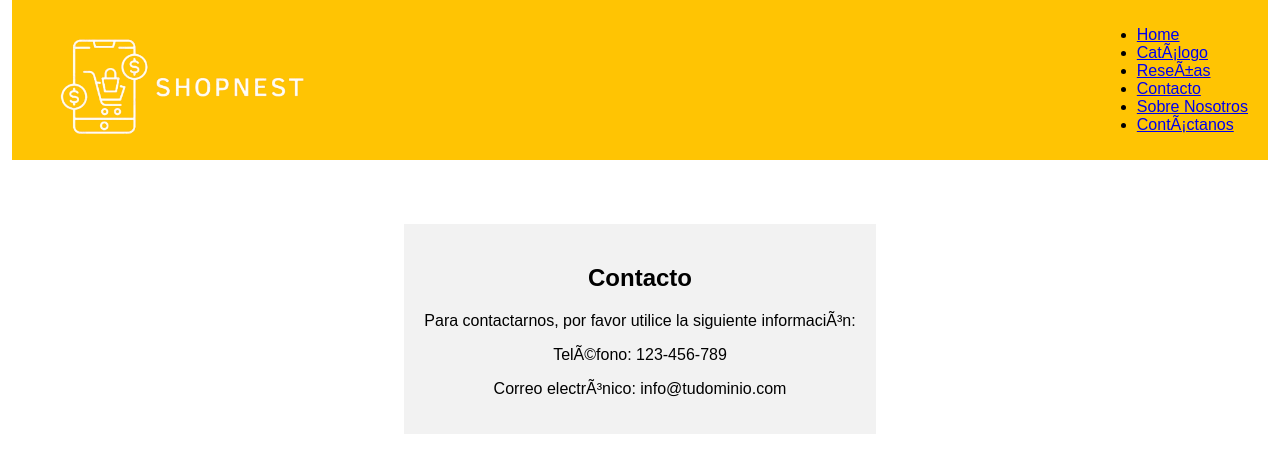
Repository: Regmalek07/ProyectoU
Page: contacto.html
The author's editor kept a copy of each file at every save. The page is drawn from the files as they stood at one save, then again after the next save.
The browser window is 1280 px wide. The pictures show the whole page.

Above is the page before, as saved 2024-04-29 04:36:28.

After the next save:
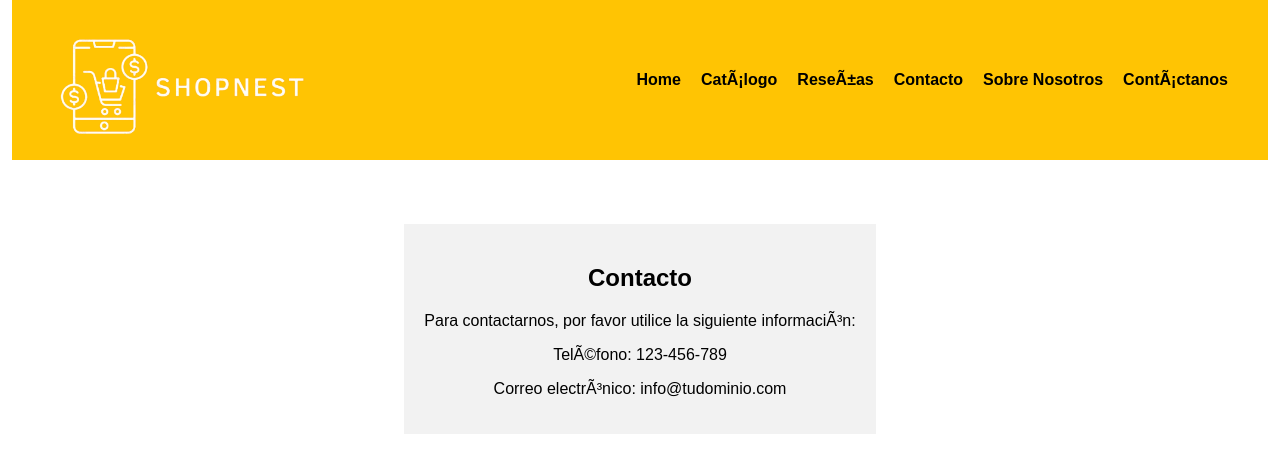
Saved 3 s later.
--- a/styles3.css
+++ b/styles3.css
@@ -49,3 +49,24 @@
     border-radius: 5px;
     cursor: pointer;
 }
+
+nav ul {
+    list-style-type: none;
+    margin: 0;
+    padding: 0;
+    display: flex;
+}
+
+nav li {
+    margin-right: 20px;
+}
+
+nav a {
+    text-decoration: none;
+    color: #000; /* Cambia el color de texto según tu preferencia */
+    font-weight: bold;
+}
+
+nav a:hover {
+    color: #007bff; /* Cambia el color de texto al pasar el mouse */
+}
